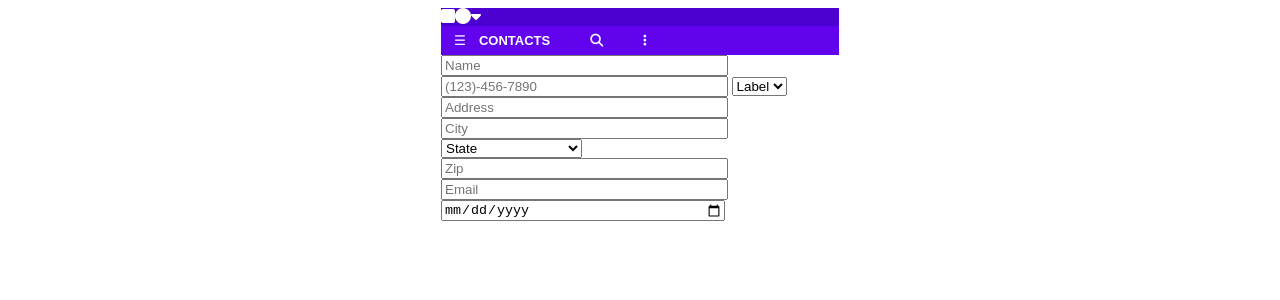
Repository: Sc-Juju/Mobile-Form
Page: index.html
The author's editor kept a copy of each file at every save. The page is drawn from the files as they stood at one save, then again after the next save.
The browser window is 1280 px wide. The pictures show the whole page.
Some web libraries are served in a nearby version.

Above is the page before, as saved 2022-10-27 17:25:54.

After the next save:
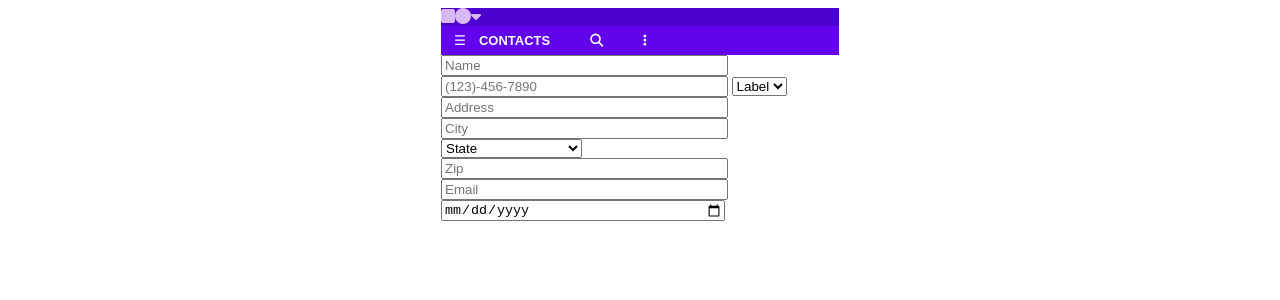
Saved 13 s later.
--- a/style.css
+++ b/style.css
@@ -36,7 +36,7 @@ ul{
 }
 .nav-top{
     background-color: var(--header-top);
-    color: var(--white);
+    color: var(--header-top-icon);
 }
 .nav-bottom{
     background-color: var(--header-bottom);
